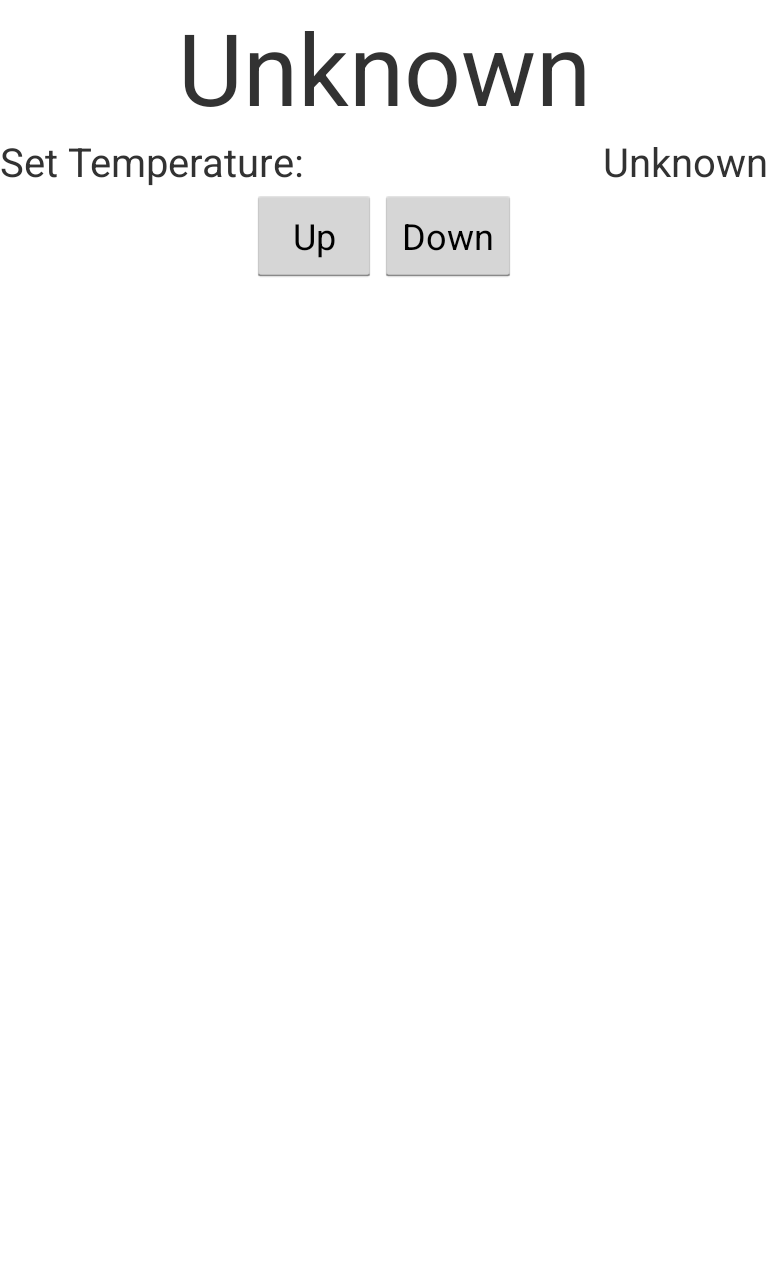
Repository: finerrecliner/SmartVent
Layout: SmartVent/res/layout/activity_room.xml
An editor plug-in stored every save of this project. The layout is shown before and after the next save, followed by the edit.
It is drawn on a 768 x 1280 px phone screen (xhdpi) without system bars, with theme AppTheme; the app's code is not run.

Above is the layout before, as saved 2013-11-03 16:31:33.

After the next save:
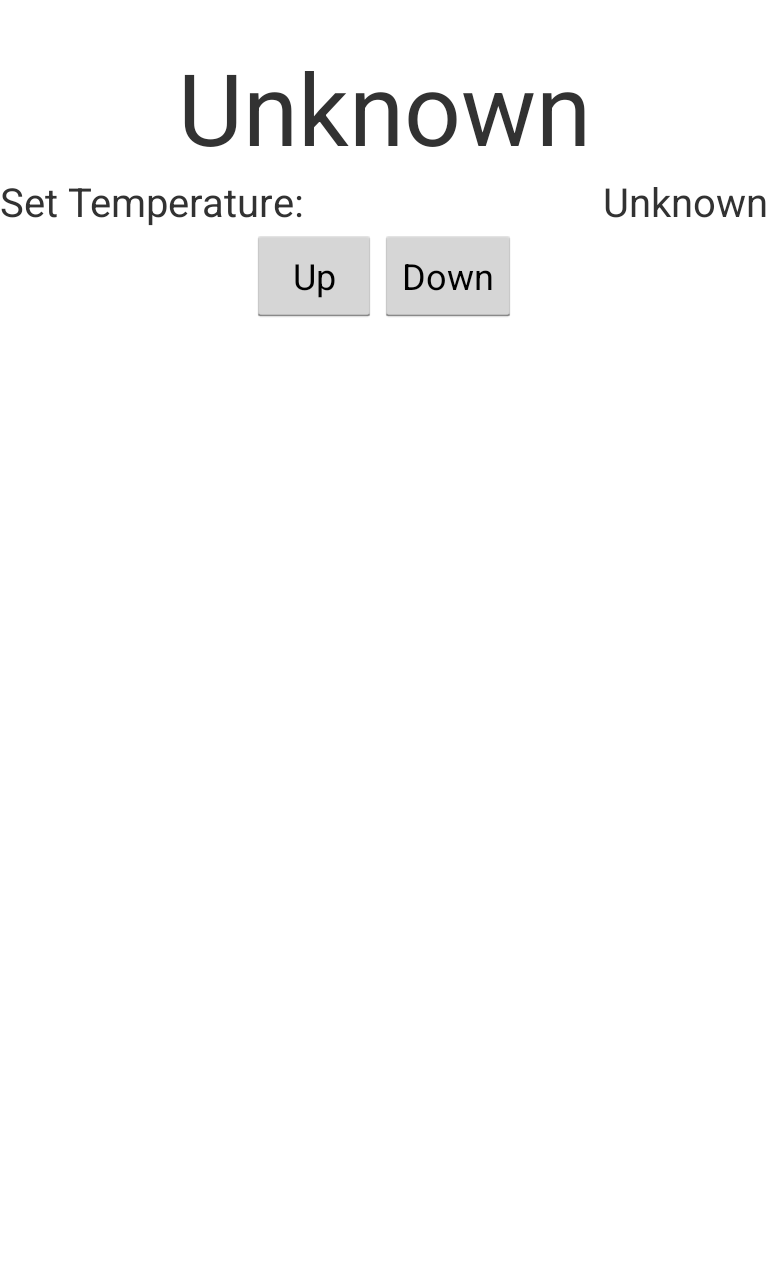
Saved 43 s later.
--- a/SmartVent/res/layout/activity_room.xml
+++ b/SmartVent/res/layout/activity_room.xml
@@ -17,6 +17,7 @@
             android:layout_height="wrap_content"
             android:gravity="center"
             android:textSize="50sp"
+            android:paddingTop="20dp"
             android:text="@string/unknown" />
 
     </LinearLayout>
